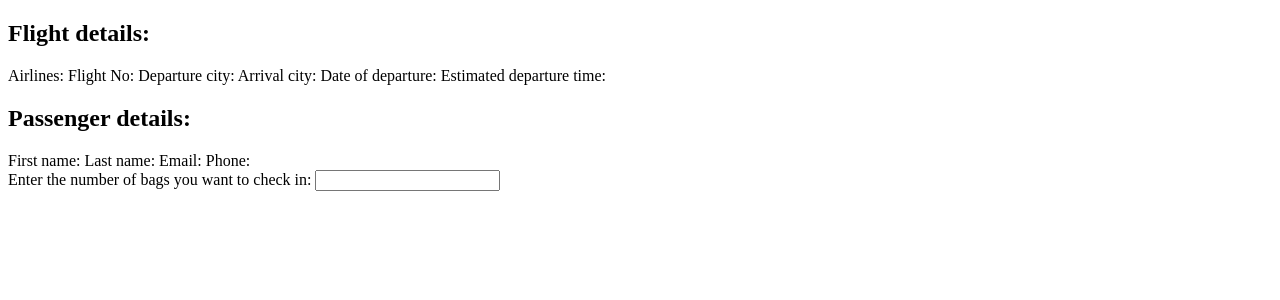
Repository: albertbursuc/flight-application
Page: http://localhost/flightcheckin/WEB-INF/jsps/displayReservationDetails.jsp
The author's editor kept a copy of each file at every save. The page is drawn from the files as they stood at one save, then again after the next save.
The browser window is 1280 px wide. The pictures show the whole page.
The page is served by Tomcat 9. Nobody is signed in. Other server files are loaded and not shown. The template is opened directly, without the code that normally fills it, so the values that code supplies are empty.

Above is the page before, as saved 2020-04-08 17:16:36.

### flightcheckin/src/main/webapp/WEB-INF/jsps/displayReservationDetails.jsp
<%@ page language="java" contentType="text/html; charset=ISO-8859-1"
    pageEncoding="ISO-8859-1"%>
     <%@taglib uri="http://java.sun.com/jsp/jstl/core" prefix="c"%>
    <%@page isELIgnored="false" %>
<!DOCTYPE html>
<html>
<head>
<meta charset="ISO-8859-1">
<title>Reservation details</title>
</head>
<body>

<h2>Flight details:</h2>

Airlines: ${reservation.flight.operatingAirlines}
Flight No: ${reservation.flight.flightNumber}
Departure city: ${reservation.flight.departureCity}
Arrival city: ${reservation.flight.arrivalCity}
Date of departure: ${reservation.flight.dateOfDeparture}
Estimated departure time: ${reservation.flight.estimatedDepartureTime}

<h2>Passenger details:</h2>

First name: ${reservation.passenger.firstName}
Last name: ${reservation.passenger.lastName}
Email: ${reservation.passenger.email}
Phone: ${reservation.passenger.phone}

<form action="completeCheckIn" method="post">

Enter the number of bags you want to check in: <input type="text" name="numberOfBags"/>

<input type="hidden" value="${reservation.id}"/>

</form>
</body>
</html>

After the next save:
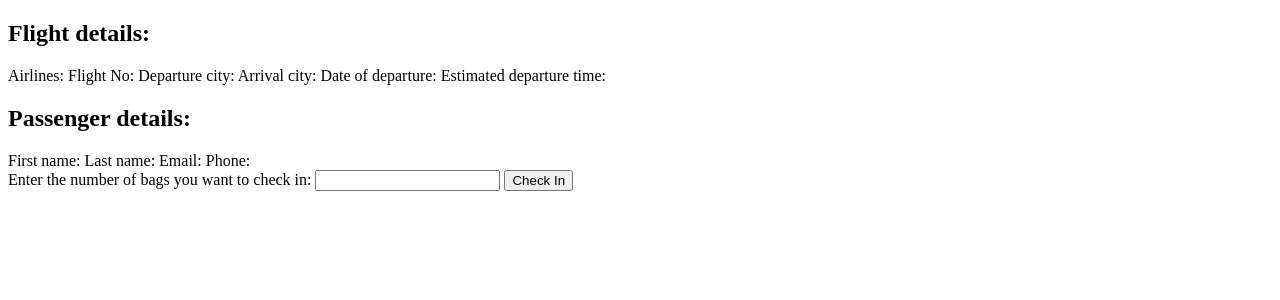
Saved 42 s later.
--- a/flightcheckin/src/main/webapp/WEB-INF/jsps/displayReservationDetails.jsp
+++ b/flightcheckin/src/main/webapp/WEB-INF/jsps/displayReservationDetails.jsp
@@ -32,6 +32,7 @@ Enter the number of bags you want to check in: <input type="text" name="numberOf
 
 <input type="hidden" value="${reservation.id}"/>
 
+<input type="submit" value="Check In"/>
 </form>
 </body>
 </html>
